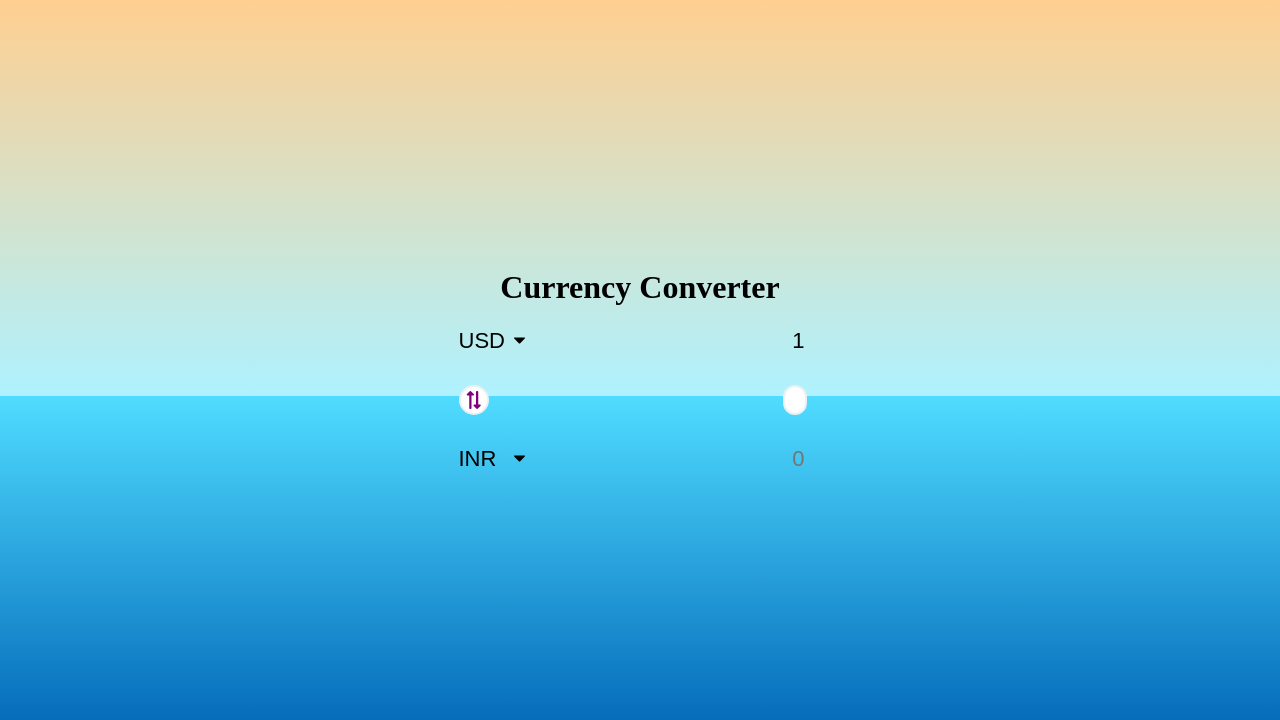
Repository: Sp4ngl3r/Currency-Converter
Page: currency.html
The author's editor kept a copy of each file at every save. The page is drawn from the files as they stood at one save, then again after the next save.
The browser window is 1280 px wide. The pictures show the whole page.
The page's requests for data from a server got no answer. Some web fonts or font styles are not loaded; a fallback is used. Some web libraries are served in a nearby version.

Above is the page before, as saved 2020-04-19 09:04:16.

### currency.html
<html lang="en">
  <head>
    <meta charset="UTF-8" />
    <title>Currency Converter</title>
    <link
      rel="stylesheet"
      href="https://cdnjs.cloudflare.com/ajax/libs/font-awesome/5.10.2/css/all.min.css"
    />
    <link rel="stylesheet" href="currency.css" />
  </head>
  <body>
    <div>
      <h1>Currency Converter</h1>
    </div>
    <div class="container">
      <div class="currency">
        <select id="from_currency">
          <option value="AED">AED</option>
          <option value="ARS">ARS</option>
          <option value="AUD">AUD</option>
          <option value="BGN">BGN</option>
          <option value="BRL">BRL</option>
          <option value="BSD">BSD</option>
          <option value="CAD">CAD</option>
          <option value="CHF">CHF</option>
          <option value="CLP">CLP</option>
          <option value="CNY">CNY</option>
          <option value="COP">COP</option>
          <option value="CZK">CZK</option>
          <option value="DKK">DKK</option>
          <option value="DOP">DOP</option>
          <option value="EGP">EGP</option>
          <option value="EUR">EUR</option>
          <option value="FJD">FJD</option>
          <option value="GBP">GBP</option>
          <option value="GTQ">GTQ</option>
          <option value="HKD">HKD</option>
          <option value="HRK">HRK</option>
          <option value="HUF">HUF</option>
          <option value="IDR">IDR</option>
          <option value="ILS">ILS</option>
          <option value="INR">INR</option>
          <option value="ISK">ISK</option>
          <option value="JPY">JPY</option>
          <option value="KRW">KRW</option>
          <option value="KZT">KZT</option>
          <option value="MXN">MXN</option>
          <option value="MYR">MYR</option>
          <option value="NOK">NOK</option>
          <option value="NZD">NZD</option>
          <option value="PAB">PAB</option>
          <option value="PEN">PEN</option>
          <option value="PHP">PHP</option>
          <option value="PKR">PKR</option>
          <option value="PLN">PLN</option>
          <option value="PYG">PYG</option>
          <option value="RON">RON</option>
          <option value="RUB">RUB</option>
          <option value="SAR">SAR</option>
          <option value="SEK">SEK</option>
          <option value="SGD">SGD</option>
          <option value="THB">THB</option>
          <option value="TRY">TRY</option>
          <option value="TWD">TWD</option>
          <option value="UAH">UAH</option>
          <option value="USD" selected>USD</option>
          <option value="UYU">UYU</option>
          <option value="VND">VND</option>
          <option value="ZAR">ZAR</option>
        </select>
        <input type="number" id="from_amount" placeholder="0" value="1" />
      </div>
      <div class="middle">
        <button id="exchange">
          <i class="fas fa-exchange-alt"></i>
        </button>
        <div class="rate" id="rate"></div>
      </div>
      <div class="currency">
        <select id="to_currency"
          ><option value="AED">AED</option>
          <option value="ARS">ARS</option>
          <option value="AUD">AUD</option>
          <option value="BGN">BGN</option>
          <option value="BRL">BRL</option>
          <option value="BSD">BSD</option>
          <option value="CAD">CAD</option>
          <option value="CHF">CHF</option>
          <option value="CLP">CLP</option>
          <option value="CNY">CNY</option>
          <option value="COP">COP</option>
          <option value="CZK">CZK</option>
          <option value="DKK">DKK</option>
          <option value="DOP">DOP</option>
          <option value="EGP">EGP</option>
          <option value="EUR">EUR</option>
          <option value="FJD">FJD</option>
          <option value="GBP">GBP</option>
          <option value="GTQ">GTQ</option>
          <option value="HKD">HKD</option>
          <option value="HRK">HRK</option>
          <option value="HUF">HUF</option>
          <option value="IDR">IDR</option>
          <option value="ILS">ILS</option>
          <option value="INR" selected>INR</option>
          <option value="ISK">ISK</option>
          <option value="JPY">JPY</option>
          <option value="KRW">KRW</option>
          <option value="KZT">KZT</option>
          <option value="MXN">MXN</option>
          <option value="MYR">MYR</option>
          <option value="NOK">NOK</option>
          <option value="NZD">NZD</option>
          <option value="PAB">PAB</option>
          <option value="PEN">PEN</option>
          <option value="PHP">PHP</option>
          <option value="PKR">PKR</option>
          <option value="PLN">PLN</option>
          <option value="PYG">PYG</option>
          <option value="RON">RON</option>
          <option value="RUB">RUB</option>
          <option value="SAR">SAR</option>
          <option value="SEK">SEK</option>
          <option value="SGD">SGD</option>
          <option value="THB">THB</option>
          <option value="TRY">TRY</option>
          <option value="TWD">TWD</option>
          <option value="UAH">UAH</option>
          <option value="USD">USD</option>
          <option value="UYU">UYU</option>
          <option value="VND">VND</option>
          <option value="ZAR">ZAR</option>
        </select>
        <input type="number" id="to_amount" placeholder="0" />
      </div>
    </div>
    <script src="currency.js"></script>
  </body>
</html>

### currency.css
@import url("https://fonts.googleapis.com/css?family=Muli&display=swap");
* {
  box-sizing: border-box;
}
body {
  background: linear-gradient(
    to bottom,
    #ffcf91 0%,
    #aff2ff 55%,
    #50dcff 55%,
    #056dbb 100%
  );
  font-family: "Muli", fantasy;
  display: flex;
  flex-direction: column;
  justify-content: center;
  align-items: center;
  height: 100vh;
  margin: 0;
}
.currency {
  display: flex;
  align-items: center;
  justify-content: space-between;
}
.currency select {
  background: transparent;
  background-image: url("data:[embedded picture, 475 characters]");
  background-repeat: no-repeat, repeat;
  background-position: right 0.2em top 50%, 0 0;
  background-size: 0.5em auto, 100%;
  border: 0;
  padding-right: 20px;
  font-size: 22px;
  -moz-appearance: none;
  -webkit-appearance: none;
  appearance: none;
}
.currency input {
  border: 0;
  background: transparent;
  font-size: 22px;
  text-align: right;
}
.middle {
  color: teal;
  display: flex;
  align-items: center;
  justify-content: space-between;
}
.middle button {
  background-color: #fff;
  border: 2px solid #ecf0f1;
  border-radius: 50%;
  cursor: pointer;
  color: purple;
  font-size: 18px;
  display: flex;
  align-items: center;
  justify-content: center;
  height: 30px;
  width: 30px;
  transform: rotate(90deg);
}
.middle button:active {
  transform: rotate(90deg) scale(0.9);
}
.middle .rate {
  background-color: #fff;
  border: 2px solid #ecf0f1;
  border-radius: 50px;
  font-size: 18px;
  display: flex;
  align-items: center;
  justify-content: center;
  height: 30px;
  padding: 0 10px;
  margin: 30px 15px 30px 25px;
}
select:focus,
input:focus,
button:focus {
  outline: 0;
}

### currency.js
const from_initial_currency = document.getElementById("from_currency");
const from_initial_amount = document.getElementById("from_amount");
const to_expected_currency = document.getElementById("to_currency");
const to_expected_amount = document.getElementById("to_amount");
const rateEl = document.getElementById("rate");
const exchange = document.getElementById("exchange");

from_initial_currency.addEventListener("change", calculate);
from_initial_amount.addEventListener("input", calculate);
to_expected_currency.addEventListener("change", calculate);
to_expected_amount.addEventListener("input", calculate);

exchange.addEventListener("click", () => {
  const temp = from_initial_currency.value;
  from_initial_currency.value = to_expected_currency.value;
  to_expected_currency.value = temp;
  calculate();
});

function calculate() {
  const from_currency = from_initial_currency.value;
  const to_currency = to_expected_currency.value;

  fetch(`https://api.exchangerate-api.com/v4/latest/${from_currency}`)
    .then((res) => res.json())
    .then((res) => {
      const rate = res.rates[to_currency];
      rateEl.innerText = `1 ${from_currency} = ${rate} ${to_currency}`;
      to_expected_amount.value = (from_initial_amount.value * rate).toFixed(2);
    });
}

calculate();

After the next save:
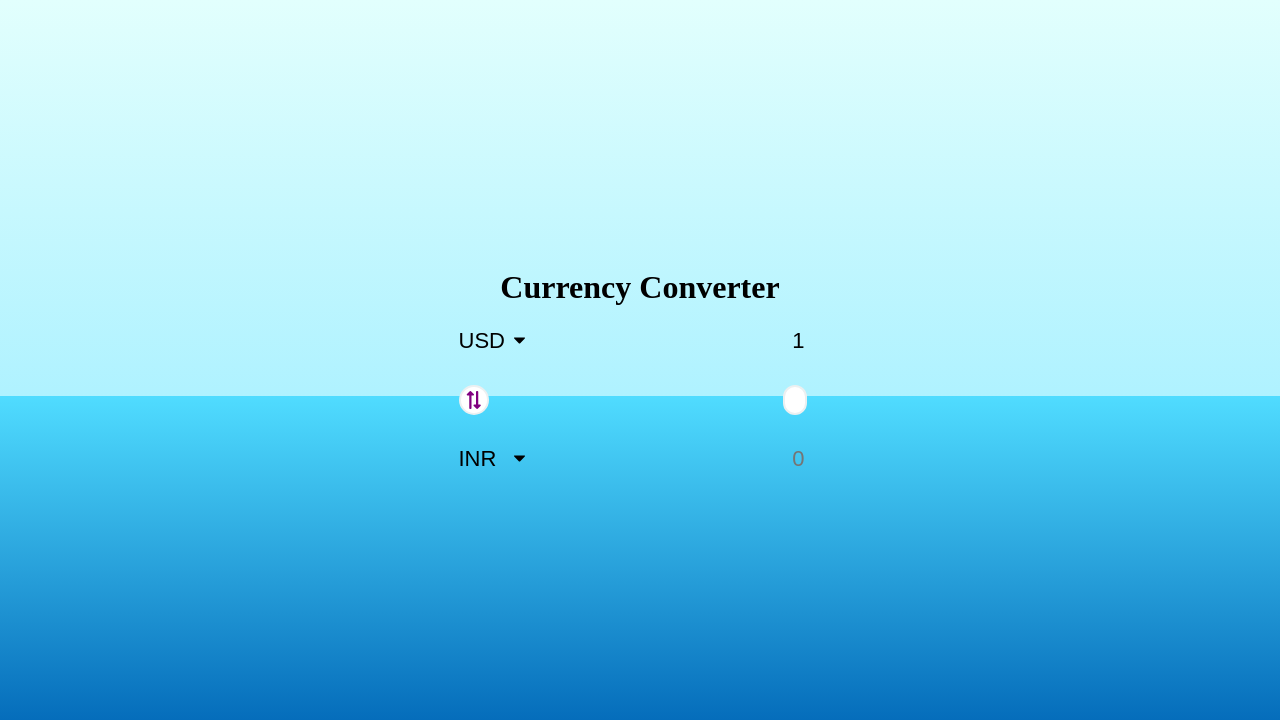
Saved 58 s later.
--- a/currency.css
+++ b/currency.css
@@ -5,7 +5,7 @@
 body {
   background: linear-gradient(
     to bottom,
-    #ffcf91 0%,
+    #e2fffd 0%,
     #aff2ff 55%,
     #50dcff 55%,
     #056dbb 100%
